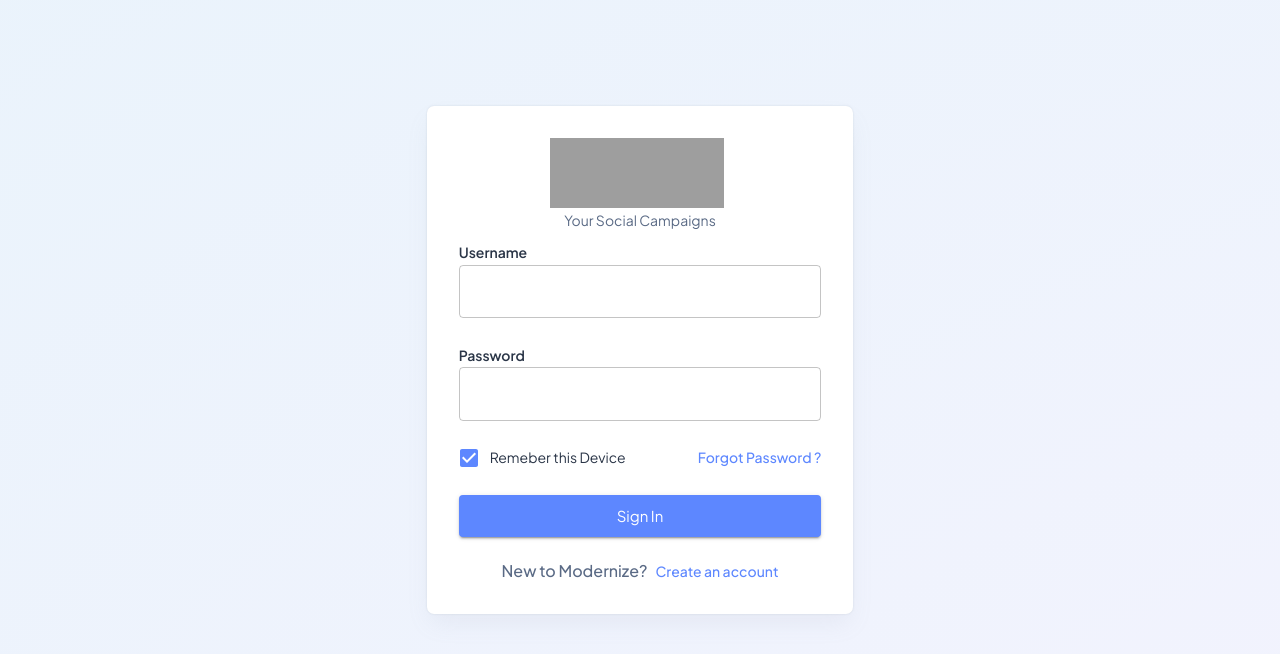
Repository: NoteDevil/adminpanel.dragon-games.com
Page: /authentication/login
An editor plug-in stored every save of this project. The page is shown before and after the next save, followed by the edit.
The browser window is 1280 px wide. The pictures show the whole page.
Pictures or frames that could not be fetched are drawn as grey boxes. The project was rebuilt for these pictures with package versions that can differ from the ones it lists, and the page was loaded fresh each time. The framework's server and built-in components were replaced by stand-ins that run in the browser. Also part of the build but not shown: next.config.js.

Above is the page before, as saved 2024-09-10 19:00:42.

After the next save:
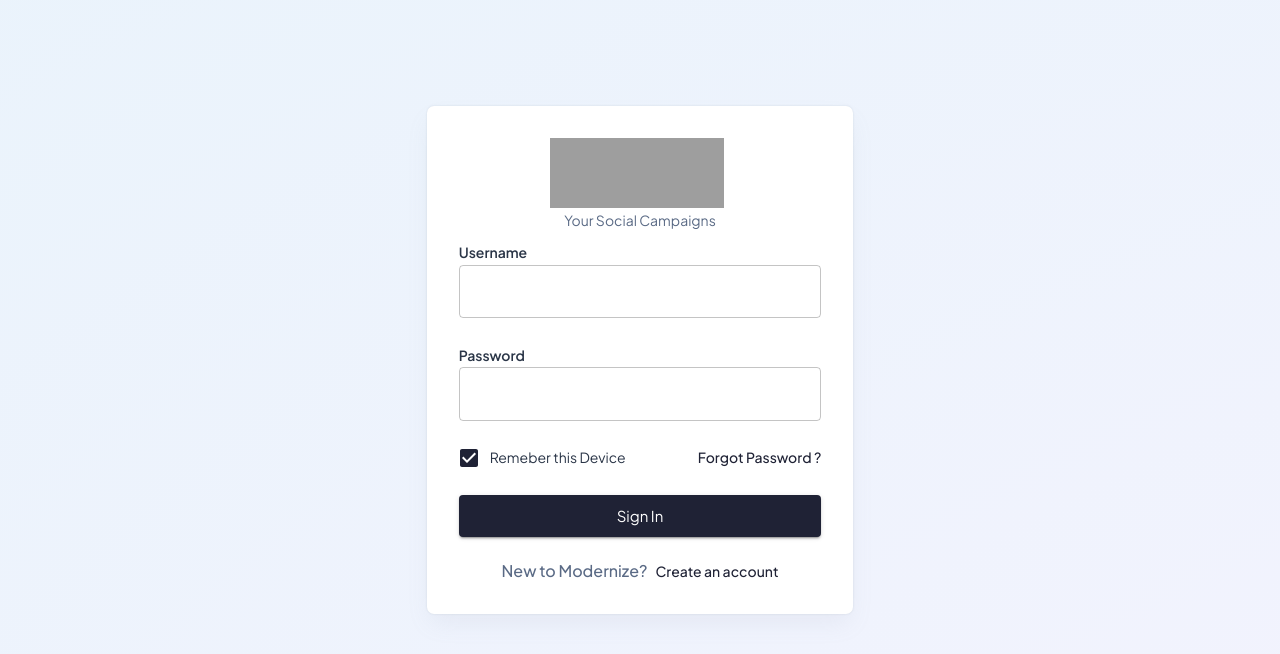
Saved 12 s later.
--- a/src/utils/theme/DefaultColors.tsx
+++ b/src/utils/theme/DefaultColors.tsx
@@ -12,7 +12,7 @@ const baselightTheme = createTheme({
   direction: "ltr",
   palette: {
     primary: {
-      main: "#5D87FF",
+      main: "#1F2235",
       light: "#1F2235",
       dark: "#4570EA",
     },
